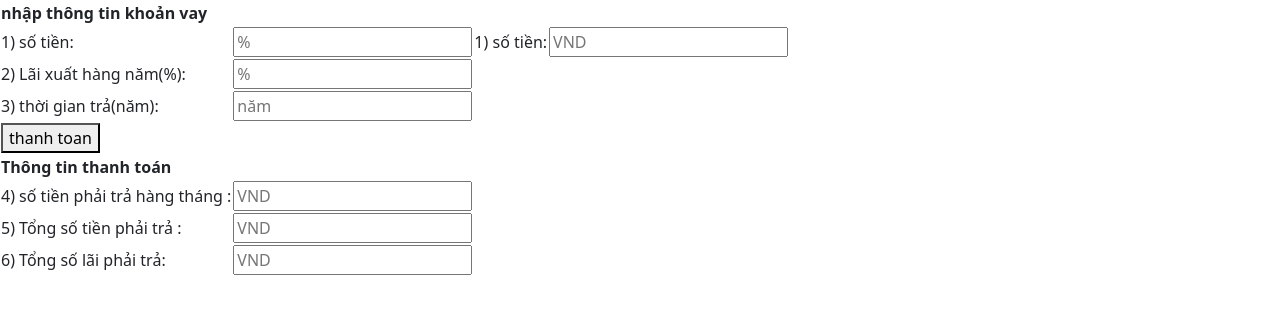
Repository: Lehuyhuynh/DOM
Page: BT2/index.html
The author's editor kept a copy of each file at every save. The page is drawn from the files as they stood at one save, then again after the next save.
The browser window is 1280 px wide. The pictures show the whole page.

Above is the page before, as saved 2023-09-07 21:05:18.

After the next save:
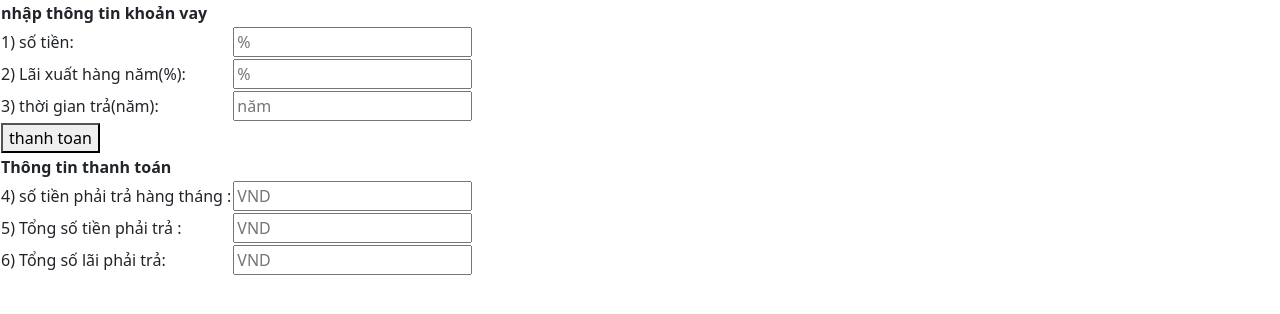
Saved 7 s later.
--- a/BT2/index.html
+++ b/BT2/index.html
@@ -18,8 +18,7 @@
       <tr>
         <td><label for="money">1) số tiền:</label></td>
         <td><input type="text" id="money" name="money" placeholder="%"></td>
-        <td> <label for="money">1) số tiền:</label></td>
-        <td><input type="text" id="money" name="money" placeholder="VND"></td>
+
       </tr>
       <tr>
         <td><label for="years">2) Lãi xuất hàng năm(%):</label></td>
